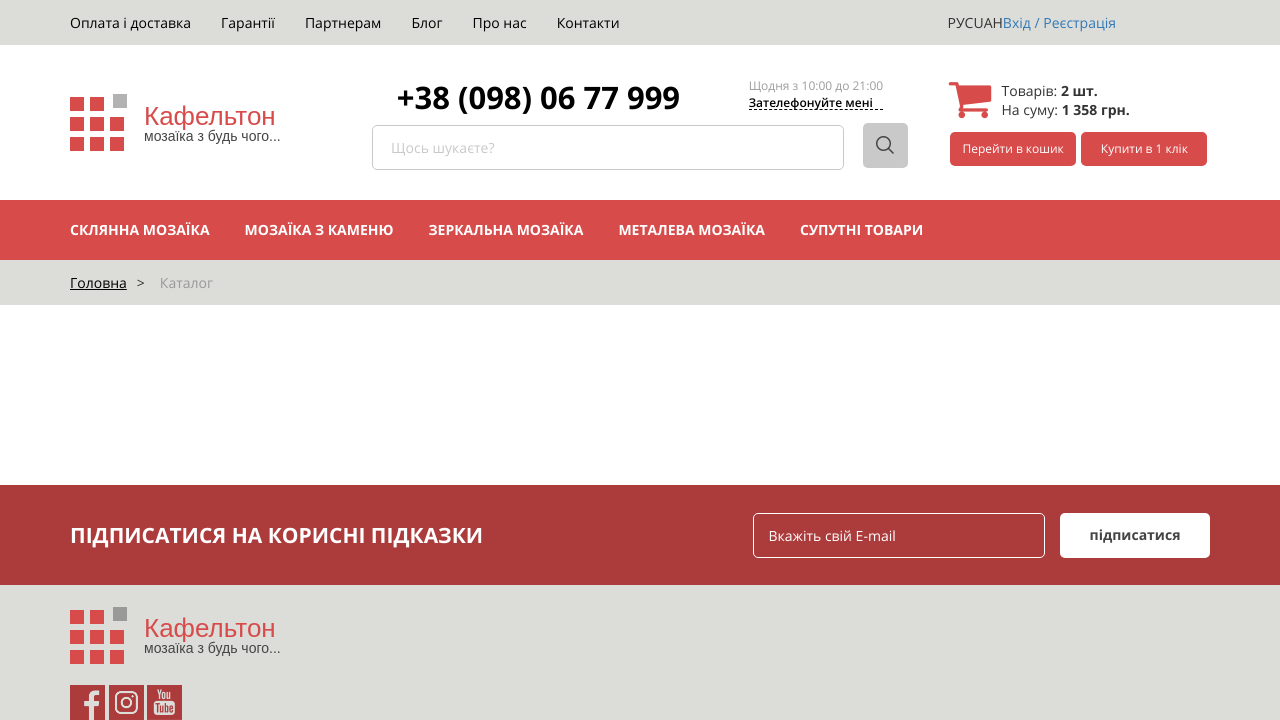
Repository: zellenka/mozaika
Page: app/index.html
These files come from the project's save history. The page is drawn as it stood at one moment and after the next save; the edit follows.
The browser window is 1280 px wide. The pictures show the whole page.
Some web fonts or font styles are not loaded; a fallback is used. The style sheet was rebuilt from its Sass, Less or Tailwind sources for each picture, by a compiler version that may differ from the author's.

Above is the page before, as saved 2018-07-13 16:14:19.
Console error (its wording comes from the project's code and is left out).

### app/index.html
<!DOCTYPE html>
<html lang="en">
<head>
	<meta charset="UTF-8">
	<meta name="viewport" content="width=device-width, initial-scale=1.0">
	<title>Mozaika</title>
	<link rel="stylesheet" href="https://maxcdn.bootstrapcdn.com/bootstrap/3.3.7/css/bootstrap.min.css" integrity="sha384-BVYiiSIFeK1dGmJRAkycuHAHRg32OmUcww7on3RYdg4Va+PmSTsz/K68vbdEjh4u" crossorigin="anonymous">
	<link rel="stylesheet" href="/libs/normalize.css">
	<link rel="stylesheet" href="/css/libs.min.css">
	<link rel="stylesheet" href="/css/main.css">
</head>
<body>
	<header class="header">
		<div class="header__top">
			<div class="container">
				<div class="row">
					<div class="col-md-9">
						<ul class="header__top-nav">
							<li class="header__top-nav-item"><a href="/">Оплата і доставка</a></li>
							<li class="header__top-nav-item"><a href="/">Гарантії</a></li>
							<li class="header__top-nav-item"><a href="/">Партнерам</a></li>
							<li class="header__top-nav-item"><a href="/">Блог</a></li>
							<li class="header__top-nav-item"><a href="/">Про нас</a></li>
							<li class="header__top-nav-item"><a href="/">Контакти</a></li>
						</ul>
					</div>
					<div class="col-md-3">
						<ul class="header__top-enter-menu">
							<li>РУС</li>
							<li>UAH</li>
							<li><a href="/">Вхід / Реєстрація</a></li>
						</ul>
					</div>
				</div>
			</div>
		</div>
		<div class="header__middle">
			<div class="container">
				<div class="row header__middle-row">
					<a href="" class="col-md-3 header__middle-logo">
						<img src="/img/logo.png" alt="" class="header__middle-logo-img">
						<div>
								<p class="header__middle-logo-text">Кафельтон</p>
								<p class="header__middle-logo-slogan">мозаїка з будь чого...</p>
						</div>
					</a>
					<div class="col-md-6 header__middle-search">
						<div class="header__middle-search_block">
								<a href="tel:+380980677999" class="header__middle-search-phone">+38 (098) 06 77 999</a>
								<div class="header__middle-search-block">
									<p class="header__middle-search-time">Щодня з 10:00 до 21:00</p>
									<p class="header__middle-search-modal">Зателефонуйте мені</p>
								</div>
						</div>
						<div class="header__middle-search_block">
							<input type="text" class="header__middle-search_block-input" placeholder="Щось шукаєте?">
							<button type="button" class="header__middle-search_block-button"><img src="/img/icon.png" alt=""></button>
						</div>

					</div>
					<div class="col-md-3 header__middle-basket">
						<div class="header__middle-basket-top">
							<img src="/img/cart.png" alt="">
							<div class="header__middle-basket-info">
									<p>Товарів: <span class="header__middle-basket-info_bold">2</span> <span class="header__middle-basket-info_bold">шт.</span></p>
									<p>На суму: <span class="header__middle-basket-info_bold">1 358</span> <span class="header__middle-basket-info_bold">грн.</span></p>
							</div>
						</div>
						<div class="header__middle-basket-bottom">
							<a class="header__middle-basket-bottom-button header___red-button">Перейти в кошик</a>
							<a class="header__middle-basket-bottom-button header___red-button">Купити в 1 клік</a>
						</div>
					</div>
				</div>
			</div>
		</div>
		<div class="menu-block">
			<div class="container">
				<div class="row">
					<div class="col-md-12">
							<ul class="menu-block">
									<li class="menu-block__item">
										<a href="">СКЛЯНнА МОЗАЇКА</a>
									</li>
									<li class="menu-block__item"><a href="">МОЗАЇКА з каменю</a></li>
									<li class="menu-block__item"><a href="">зеркальна МОЗАЇКА </a></li>
									<li class="menu-block__item"><a href="">металева МОЗАЇКА</a></li>
									<li class="menu-block__item"><a href="">СУПУТНІ ТОВАРИ</a></li>
								</ul>
					</div>
				</div>
			</div>
		</div>
		<div class="breadcrumbs-block">
			<div class="container">
				<div class="row">
					<div class="col-lg-12">
							<ul class="breadcrumbs-block__list">
									<li class="breadcrumbs-block__item breadcrumbs-block__item_not-active"><a href="">Головна</a></li>
									<li class="breadcrumbs-block__item breadcrumbs-block__item_active"><a href="">Каталог</a></li>
								</ul>
					</div>
				</div>
			</div>
		</div>
	</header>
	<div class="main">

	</div>
	<footer class="footer">
		<div class="subscribe-block">
			<div class="container">
				<div class="row subscribe-block-row">
					<div class="col-md-5">
						<p class="subscribe-block__text">ПІДПИСАТИСЯ НА КОРИСНІ ПІДКАЗКИ</p>
					</div>
					<div class="col-md-5 col-md-offset-2">
						<form action="" class="subscribe-block__form">
							<input type="email" placeholder="Вкажіть свій E-mail" class="subscribe-block__input">
							<button type="submit" class="subscribe-block__button">підписатися</button>
						</form>
					</div>
				</div>
			</div>
		</div>
		<div class="footer-block container">
			<div class="row">
				<div class="col-md-3 footer-block__social">
						<a href="" class="header__middle-logo">
								<img src="/img/logo.png" alt="" class="header__middle-logo-img">
								<div>
										<p class="header__middle-logo-text">Кафельтон</p>
										<p class="header__middle-logo-slogan">мозаїка з будь чого...</p>
								</div>
						</a>

								<div>
									<a href=""><img src="/img/facebook.png" alt=""></a>
									<a href=""><img src="/img/instagram.png" alt=""></a>
									<a href=""><img src="/img/youtube.png" alt=""></a>
								</div>
				</div>
				<div class="col-md-3"></div>
				<div class="col-md-3"></div>
				<div class="col-md-3"></div>
			</div>
		</div>
	</footer>





	<script src="https://maxcdn.bootstrapcdn.com/bootstrap/3.3.7/js/bootstrap.min.js" integrity="sha384-Tc5IQib027qvyjSMfHjOMaLkfuWVxZxUPnCJA7l2mCWNIpG9mGCD8wGNIcPD7Txa" crossorigin="anonymous"></script>
	<script src="js/libs.min.js"></script>
	<script src="js/common.js"></script>

</body>
</html>

### app/sass/libs.sass
@import "app/libs/magnific-popup/dist/magnific-popup.css" // Импортируем библиотеку Magnific Popup. Теперь обязательно указывается расширение .css
@import "app/libs/normalize.css"

### app/sass/main.sass
@font-face
  font-family: 'Raleway-ExtraBold'
  src: url('/fonts/11843.woff')

@font-face
  font-family: 'Raleway-Regular'
  src: url('/fonts/11851.woff')

@font-face
  font-family: 'Open-Sans-Bold'
  src: url('/fonts/2204.ttf')

@font-face
  font-family: 'Open-Sans-Semibold'
  src: url('/fonts/2212.ttf')

@font-face
  font-family: 'Open-Sans'
  src: url('/fonts/2211.ttf')

$main: #d74b4b

html
    min-height: 100%
    height: 100%

body
    font-family: Open-Sans
    min-height: 100%
    position: relative

.main
    min-height: 100%

ul
    list-style: none

.header__top
    width: 100%
    background: #dcddd8
    height: 45px

.header__top-nav, .header__top-enter-menu
    display: flex
    width: 100%
    height: 45px
    align-items: center
    padding: 0
    margin: 0
    line-height: 1

.header__top-nav-item
    margin-right: 30px
    a
        color: black

.header__middle
    padding: 30px 0
    background: #fff

.header__middle-row
    display: flex
    align-items: center

.header__middle-logo
    display: flex
    align-items: center
    &:hover
        text-decoration: none

.header__middle-logo-img
    width: 57px
    height: 57px
    margin-right: 17px

.header__middle-logo-text
    font-family: Raleway-ExtraBold, sans-serif
    font-size: 26px
    color: $main
    line-height: 1
    margin: 0

.header__middle-logo-slogan
    line-height: 1
    font-family: Raleway-Regular, sans-serif
    font-size: 14px
    color: #444444
    margin: 0

.header__middle-search_block
    display: flex
    width: 100%
    justify-content: space-around
    align-items: center

.header__middle-search-phone
    font-family: Open-Sans-Bold
    font-size: 31px
    color: #000
    &:hover

.header__middle-search-block
    line-height: 1

.header__middle-search-time
    color: #9d9d9d
    font-size: 12px
    font-family: Open-Sans
    margin: 5px 0

.header__middle-search-modal
    font-family: Open-Sans-Semibold
    color: black
    font-size: 12px
    border-bottom: 1px dashed black
    &:hover
        cursor: pointer

.header__middle-search_block-input
    width: 85%
    border-radius: 5px
    border: 1px solid #c9c9c9
    height: 45px
    padding-left: 18px
    margin-top: 5px
    &::placeholder
        color: #c9c9c9

.header__middle-search_block-button
    width: 45px
    height: 45px
    display: flex
    justify-content: center
    align-items: center
    border-radius: 5px
    background: #c9c9c9
    border: none
    padding: 0
    margin: 0

.header__middle-basket-top
    display: flex
    width: 100%
    align-items: center

.header__middle-basket-info
    line-height: 1
    font-family: Open-Sans
    p
        margin: 0

.header__middle-basket-info_bold
    font-family: Open-Sans-Bold

.header__middle-basket-bottom
    display: flex
    justify-content: space-around

.header__middle-basket-bottom-button
    font-size: 12px
    width: 48%

.header___red-button
    color: #fff
    background: rgb(215, 75, 75)
    border-radius: 5px
    height: 34px
    display: flex
    justify-content: center
    text-align: center
    align-items: center
    line-height: 1
    padding: 0 5px

.header__middle-basket-top
    margin-bottom: 10px

.header__middle-basket-info
    margin-left: 10px
    p
        margin: 5px 0

.menu-block
    background: $main
    width: 100%

.menu-block
    height: 60px
    display: flex
    width: 100%
    align-items: center
    margin: 0
    padding: 0

.menu-block__item
    margin-right: 35px
    a
        color: #fff
        font-family: Open-Sans-Bold
        font-size: 14px
        text-transform: uppercase

.breadcrumbs-block
    width: 100%
    background: #dcddd8

.breadcrumbs-block__list
    display: flex
    width: 100%
    padding: 0
    margin: 0
    height: 45px
    align-items: center
    justify-content: flex-start

.breadcrumbs-block__item_not-active
    margin-right: 15px
    a
        color: #000
        text-decoration: underline
    &::after
        content: "> "
        margin-left: 10px

.breadcrumbs-block__item_active
    a
        color: #999999
        &:hover
            cursor: default
            pointer-events: none
            cursor: default
            text-decoration: none

.footer
    position: absolute
    bottom: 0
    right: 0
    left: 0
    background: #dcddd8

.subscribe-block
    width: 100%
    background: #ac3c3c

.subscribe-block-row
    height: 100px
    display: flex
    align-items: center

.subscribe-block__text
    margin: 0
    text-align: left
    color: #fff
    font-family: Open-Sans-Bold
    font-size: 21px

.subscribe-block__form
    display: flex
    width: 100%
    justify-content: space-between

.subscribe-block__input
    width: 80%
    border: 1px solid #fff
    border-radius: 5px
    background: #ac3c3c
    color: #fff
    height: 45px
    padding-left: 15px
    margin-right: 15px
    &::placeholder
        color: #fff

.subscribe-block__button
    border-radius: 5px
    background: #fff
    color: #444444
    font-family: Open-Sans-Bold
    font-size: 14px
    border: none
    min-width: 150px
    height: 45px

.footer-block__social
    .header__middle-logo
        height: 100px

Loaded but not shown: app/libs/normalize.css (library); app/js/libs.min.js (library); app/js/common.js (common file); app/libs/magnific-popup/dist/magnific-popup.css (library)

After the next save:
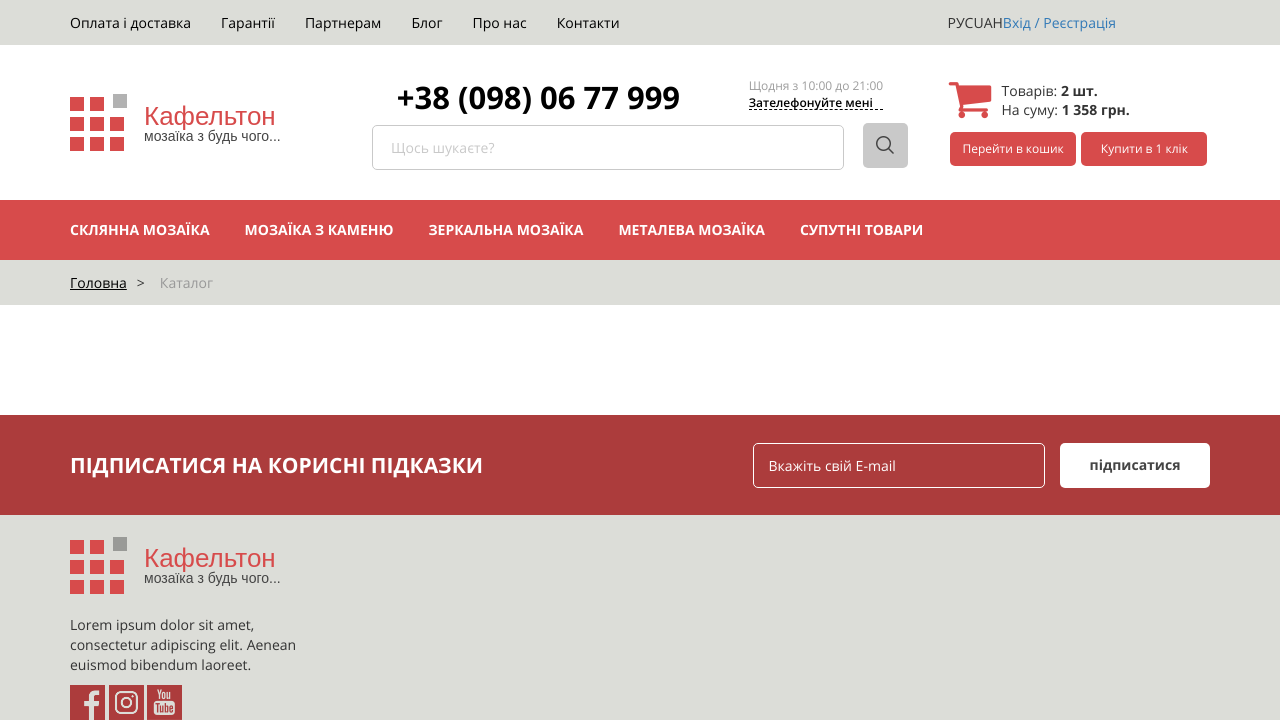
Saved 13 s later.
--- a/app/index.html
+++ b/app/index.html
@@ -133,6 +133,9 @@
 										<p class="header__middle-logo-slogan">мозаїка з будь чого...</p>
 								</div>
 						</a>
+						<p>Lorem ipsum dolor sit amet,
+								consectetur adipiscing elit. Aenean
+								euismod bibendum laoreet.</p>
 
 								<div>
 									<a href=""><img src="/img/facebook.png" alt=""></a>
